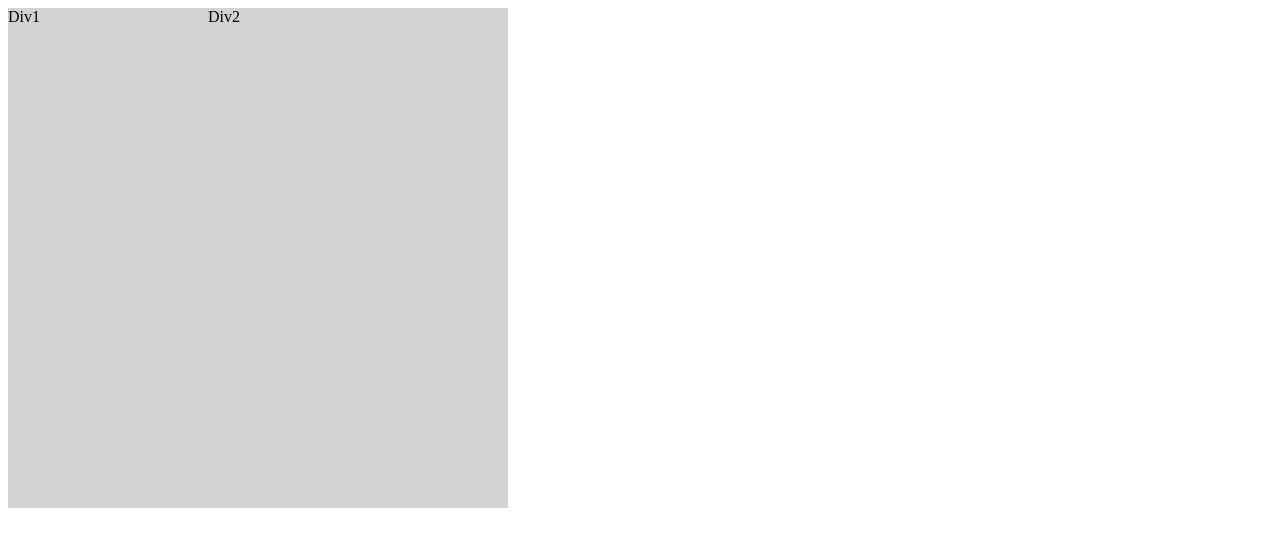
Repository: Sayan-100/Javascript
Page: Flex grow and shrink/index.html
The author's editor kept a copy of each file at every save. The page is drawn from the files as they stood at one save, then again after the next save.
The browser window is 1280 px wide. The pictures show the whole page.

Above is the page before, as saved 2021-12-31 14:55:35.

After the next save:
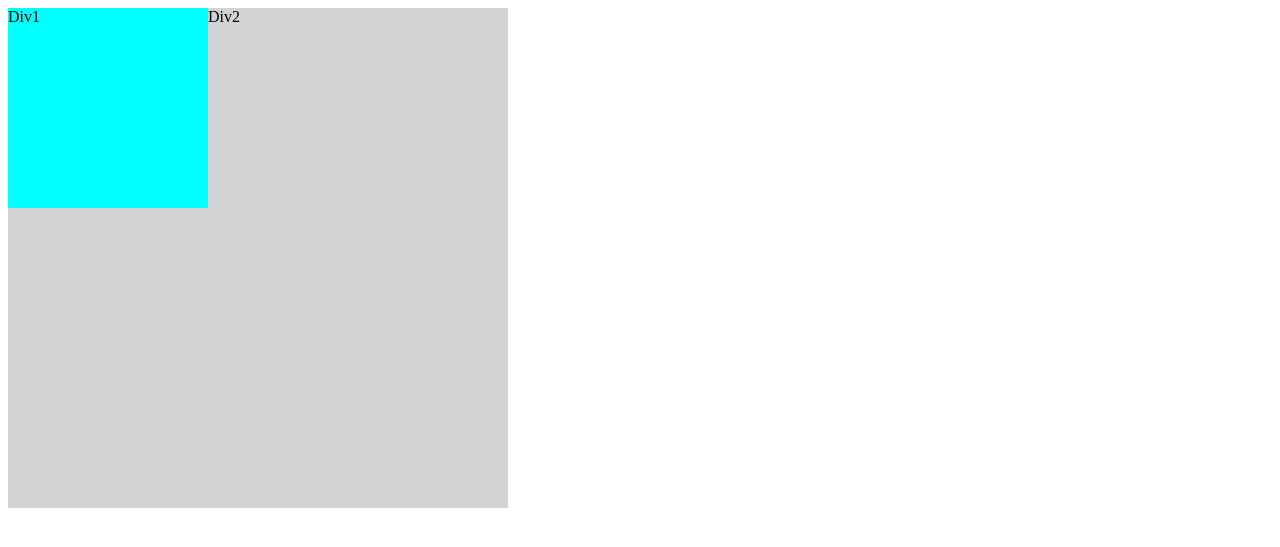
Saved 7 s later.
--- a/Flex grow and shrink/style.css
+++ b/Flex grow and shrink/style.css
@@ -50,6 +50,6 @@ be occupied by every div */
 
 /* flex shrink */
 
-div1 {
+#div1 {
     background-color: cyan;
 }
